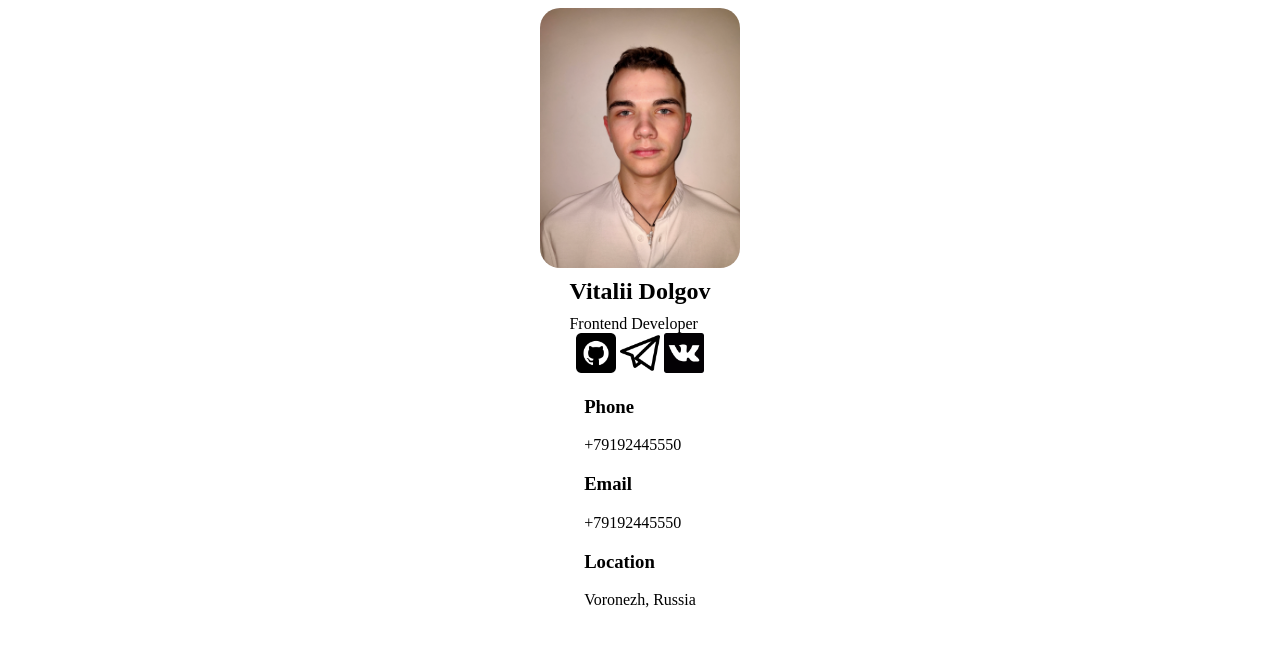
Repository: VitasYo/User_card
Page: src/index.html
These files come from the project's save history. The page is drawn as it stood at one moment and after the next save; the edit follows.
The browser window is 1280 px wide. The pictures show the whole page.

Above is the page before, as saved 2024-04-09 19:15:32.

After the next save:
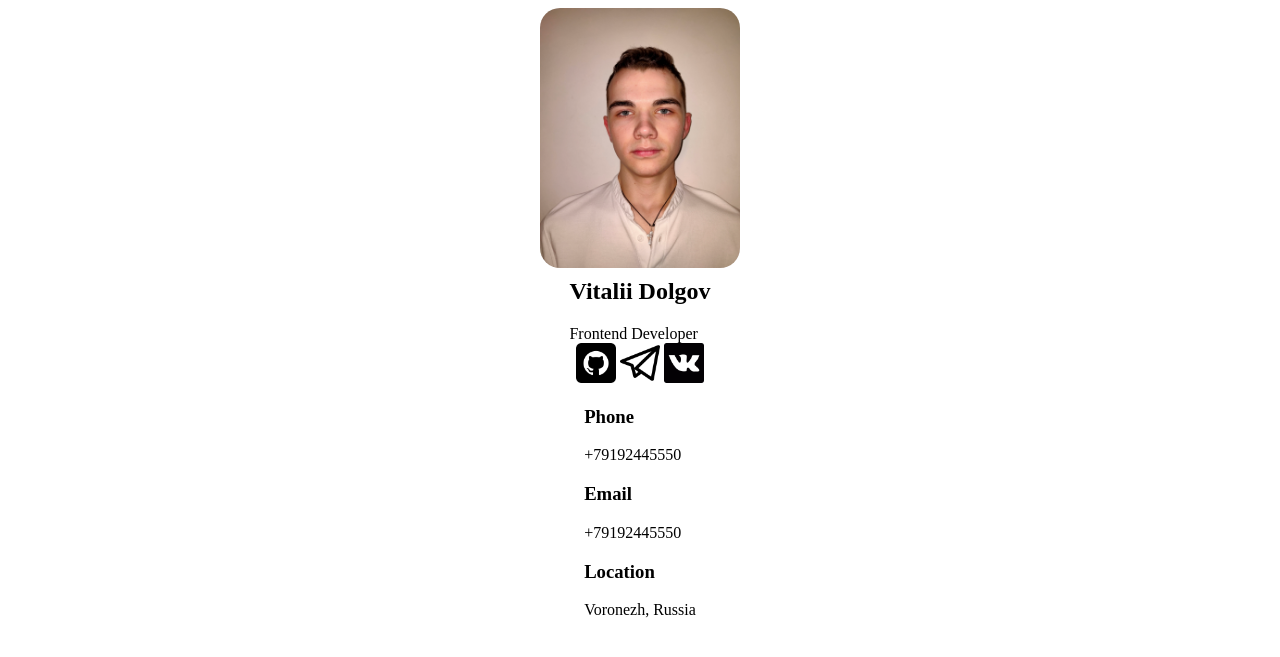
Saved 28 s later.
--- a/assets/css/index.css
+++ b/assets/css/index.css
@@ -1,5 +1,5 @@
 .container h1 {
-  margin: 10px 0;
+  margin-top: 10px;
 }
 .container {
   display: flex;
